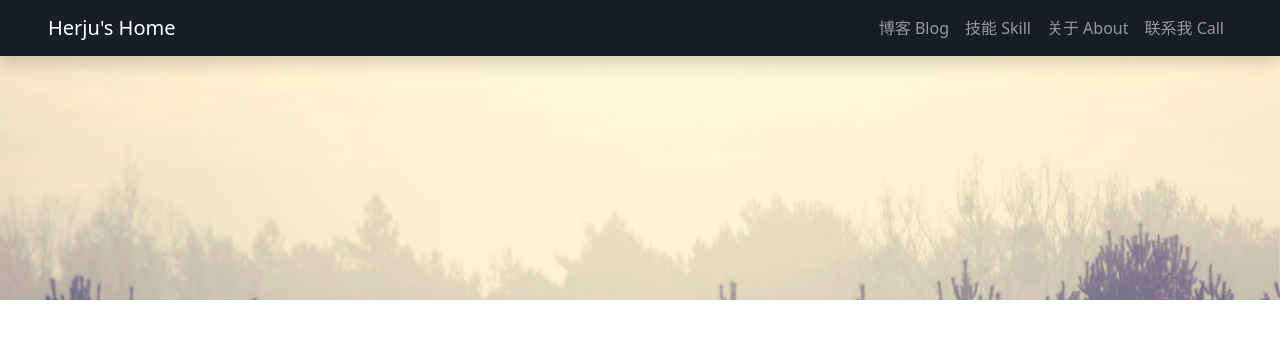
Repository: herjuandlonely/github.io
Page: index-blog.html
The author's editor kept a copy of each file at every save. The page is drawn from the files as they stood at one save, then again after the next save.
The browser window is 1280 px wide. The pictures show the whole page.

Above is the page before, as saved 2022-06-29 18:04:56.

After the next save:
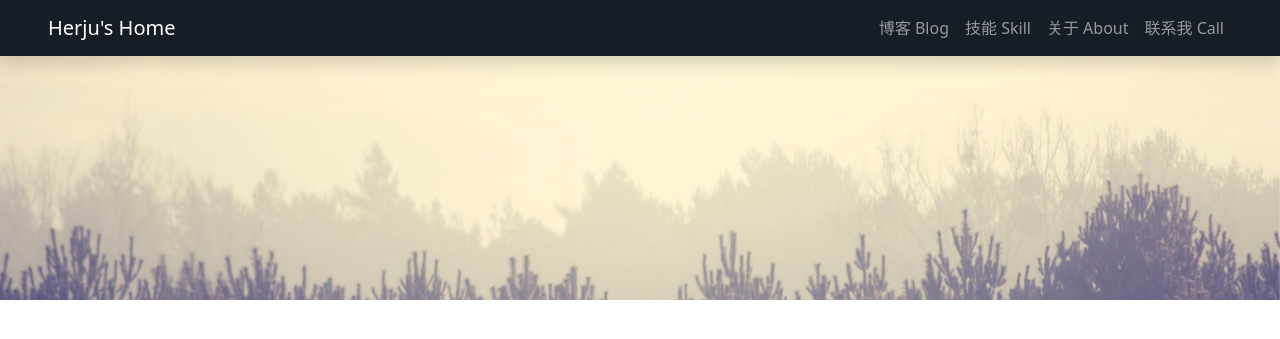
Saved 5 s later.
--- a/CSS/index-blog.css
+++ b/CSS/index-blog.css
@@ -5,7 +5,7 @@
     background-color: #161d27;
 }
 .banner{
-    background: url(../image/overlay-bg.jpg) no-repeat center -50px;
+    background: url(../image/overlay-bg.jpg) no-repeat center -100px;
     height: 300px;
     background-attachment: fixed;
     background-size: cover;
